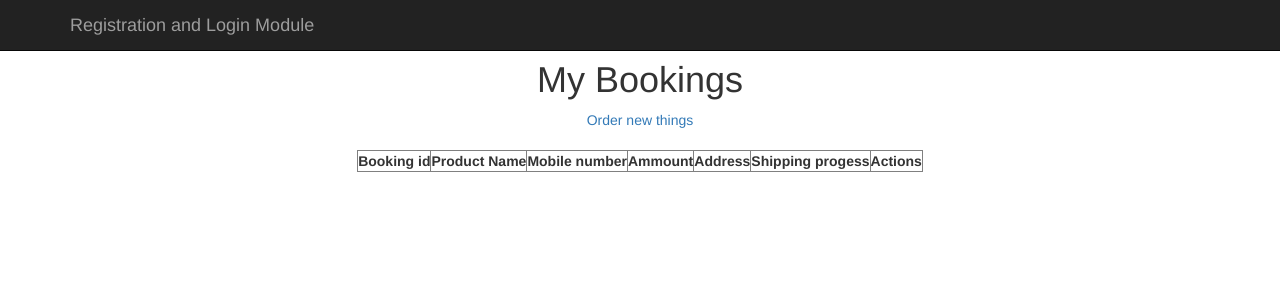
Repository: gousiya669/edubridgeprojects
Page: http://localhost/index
These files come from the project's save history. The page is drawn as it stood at one moment and after the next save; the edit follows.
The browser window is 1280 px wide. The pictures show the whole page.
The page is this project's Thymeleaf template; nobody is signed in. The template is opened directly, without the code that normally fills it, so the values that code supplies are empty.

Above is the page before, as saved 2021-10-01 12:52:32.

After the next save:
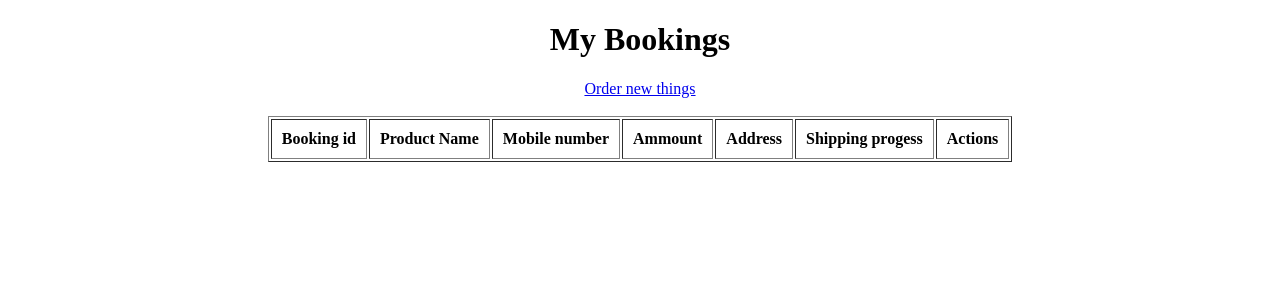
Saved 3 min 17 s later.
--- a/java code/eclipse-workspace/shoppingmart/src/main/resources/templates/index.html
+++ b/java code/eclipse-workspace/shoppingmart/src/main/resources/templates/index.html
@@ -1,68 +1,12 @@
 <!DOCTYPE html>
 <html xmlns="http://www.w3.org/1999/xhtml"
       xmlns:th="http://www.thymeleaf.org">
-
-
-
-
-
-
-
-
-
-
-
-
-
-
-
-
-
-
-
-
-
-
-<!DOCTYPE html>
-<html xmlns:th="http://www.thymeleaf.org"
- xmlns:sec="http://www.thymeleaf.org/thymeleaf-extras-springsecurity3">
 <head>
-<meta charset="ISO-8859-1">
-<title>Registration and Login App</title>
-
-<link rel="stylesheet"
- href="https://maxcdn.bootstrapcdn.com/bootstrap/3.3.7/css/bootstrap.min.css"
- integrity="sha384-BVYiiSIFeK1dGmJRAkycuHAHRg32OmUcww7on3RYdg4Va+PmSTsz/K68vbdEjh4u"
- crossorigin="anonymous">
-
+<meta charset="utf-8"/>
+<title>Shopping mart</title>
 </head>
 <body>
- <!-- create navigation bar ( header) -->
- <nav class="navbar navbar-inverse navbar-fixed-top">
-  <div class="container">
-   <div class="navbar-header">
-    <button type="button" class="navbar-toggle collapsed"
-     data-toggle="collapse" data-target="#navbar" aria-expanded="false"
-     aria-controls="navbar">
-     <span class="sr-only">Toggle navigation</span> <span
-      class="icon-bar"></span> <span class="icon-bar"></span> <span
-      class="icon-bar"></span>
-    </button>
-    <a class="navbar-brand" href="#" th:href="@{/}">Registration and
-     Login Module</a>
-   </div>
-   <div id="navbar" class="collapse navbar-collapse">
-    <ul class="nav navbar-nav">
-     <li sec:authorize="isAuthenticated()"><a th:href="@{/logout}">Logout</a></li>
-    </ul>
-   </div>
-  </div>
- </nav>
-
- <br>
- <br>
-
- <div align="center">
+<div align="center">
     <h1>My Bookings</h1>
     <a href="/new">Order new things</a>
     <br/><br/>
